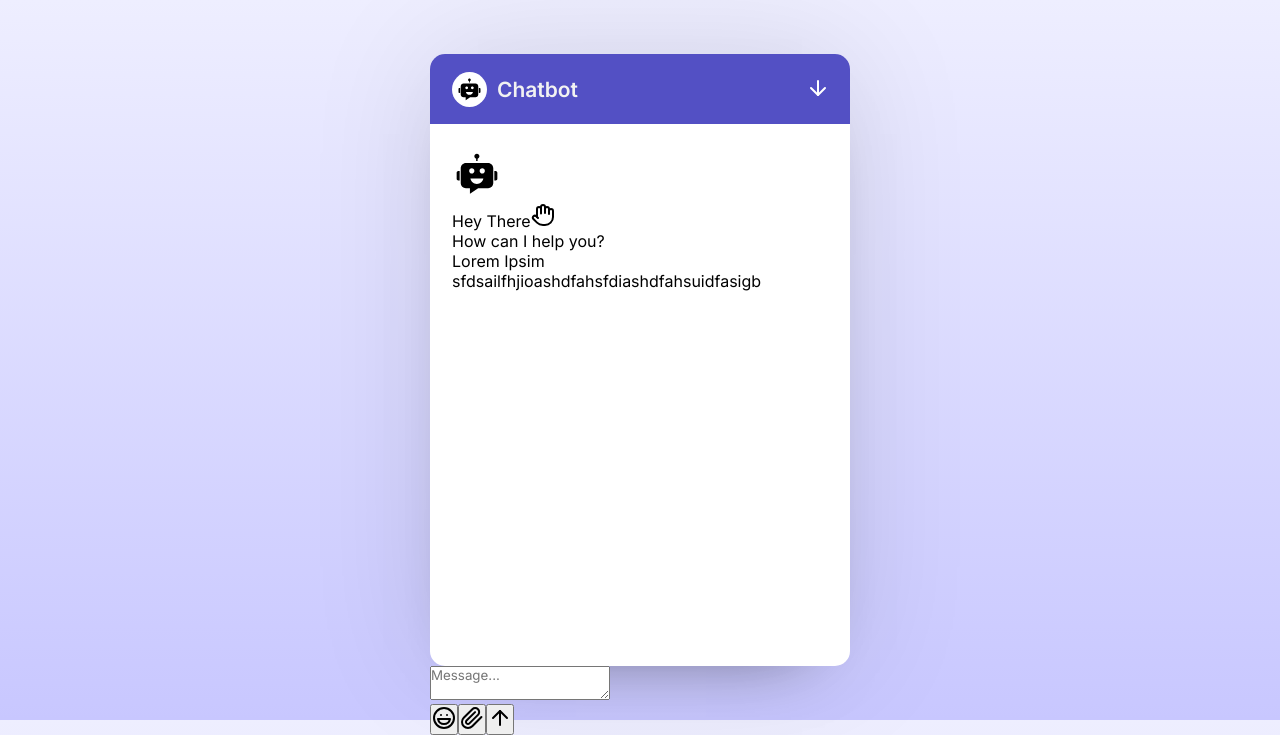
Repository: guilhermecardoso93/ai-bot
Page: /
An editor plug-in stored every save of this project. The page is shown before and after the next save, followed by the edit.
The browser window is 1280 px wide. The pictures show the whole page.
The project was rebuilt for these pictures with package versions that can differ from the ones it lists, and the page was loaded fresh each time. Also part of the build but not shown: vite.config.js.

Above is the page before, as saved 2024-11-11 20:44:59.

After the next save:
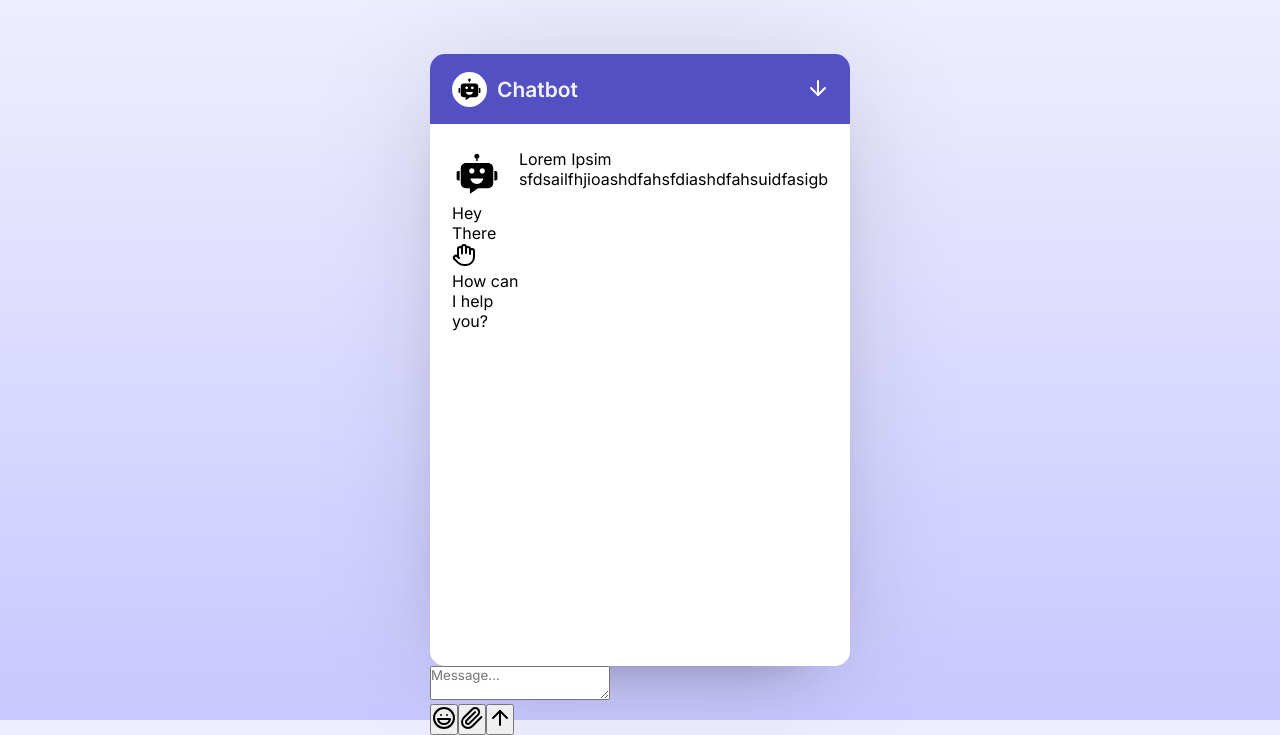
Saved 27 s later.
--- a/src/index.css
+++ b/src/index.css
@@ -86,6 +86,10 @@ body {
   overflow-y: auto;
 }
 
+
+.chat-body .message {
+  display: flex;
+}
 .chat-footer {
   position: absolute;
 }
